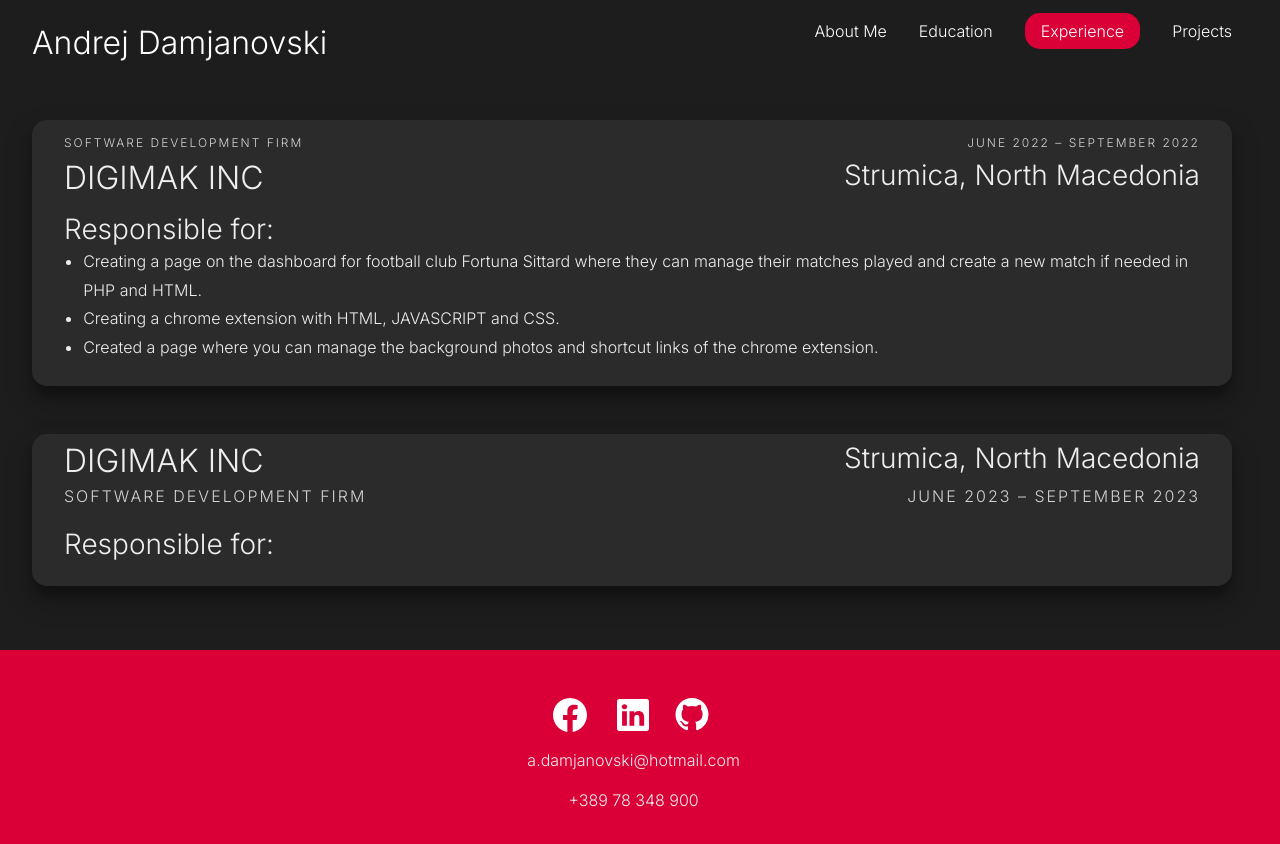
Repository: ADamjanovski/portfolio
Page: experience.html
These files come from the project's save history. The page is drawn as it stood at one moment and after the next save; the edit follows.
The browser window is 1280 px wide. The pictures show the whole page.

Above is the page before, as saved 2023-07-03 11:54:48.

After the next save:
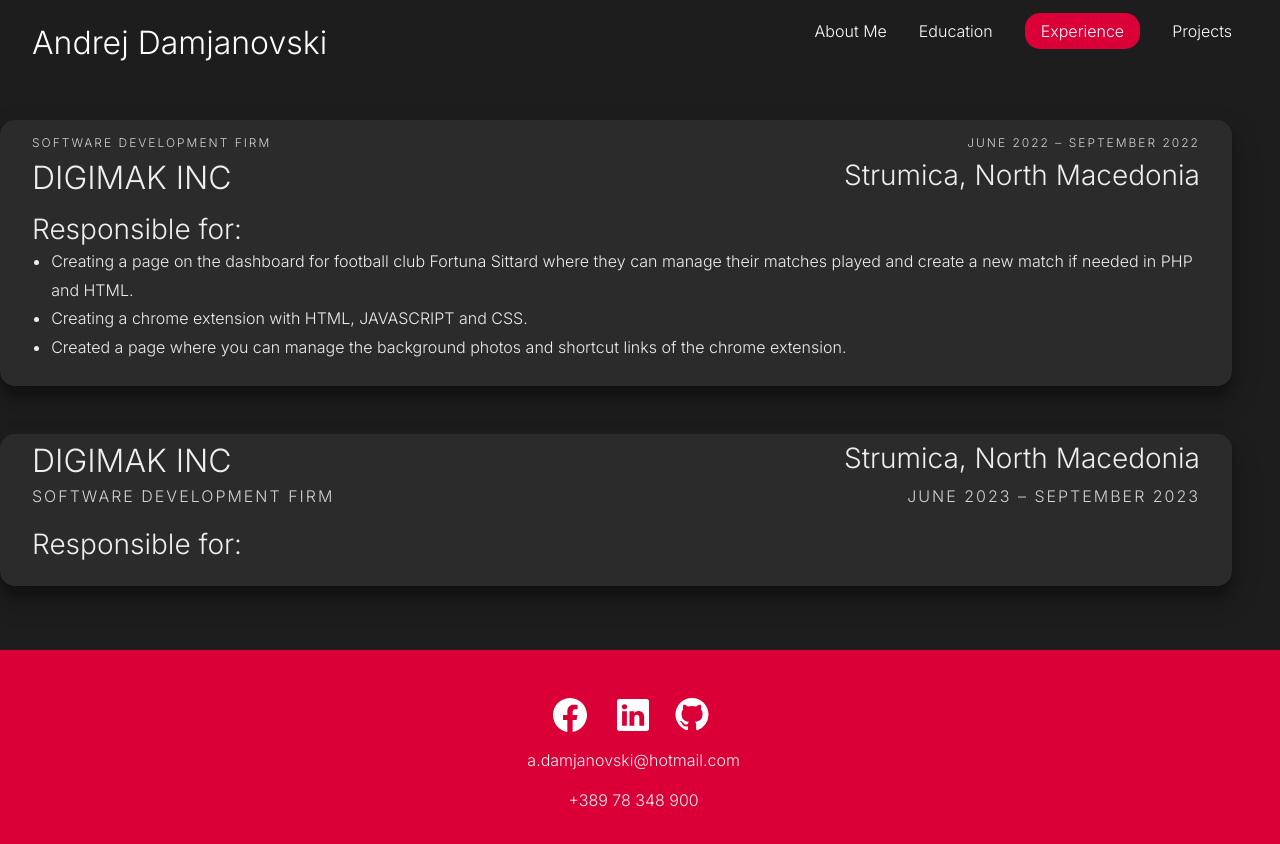
Saved 42 s later.
--- a/style.css
+++ b/style.css
@@ -106,7 +106,7 @@
 }
 
 .job-description{
-    margin:3rem 3rem 3rem 2rem;
+    margin:3rem 3rem 3rem 0rem;
     background-color: #2b2b2b;
     padding:.5rem 2rem 1.5rem 2rem;
     border-radius: 15px;

After the save that followed:
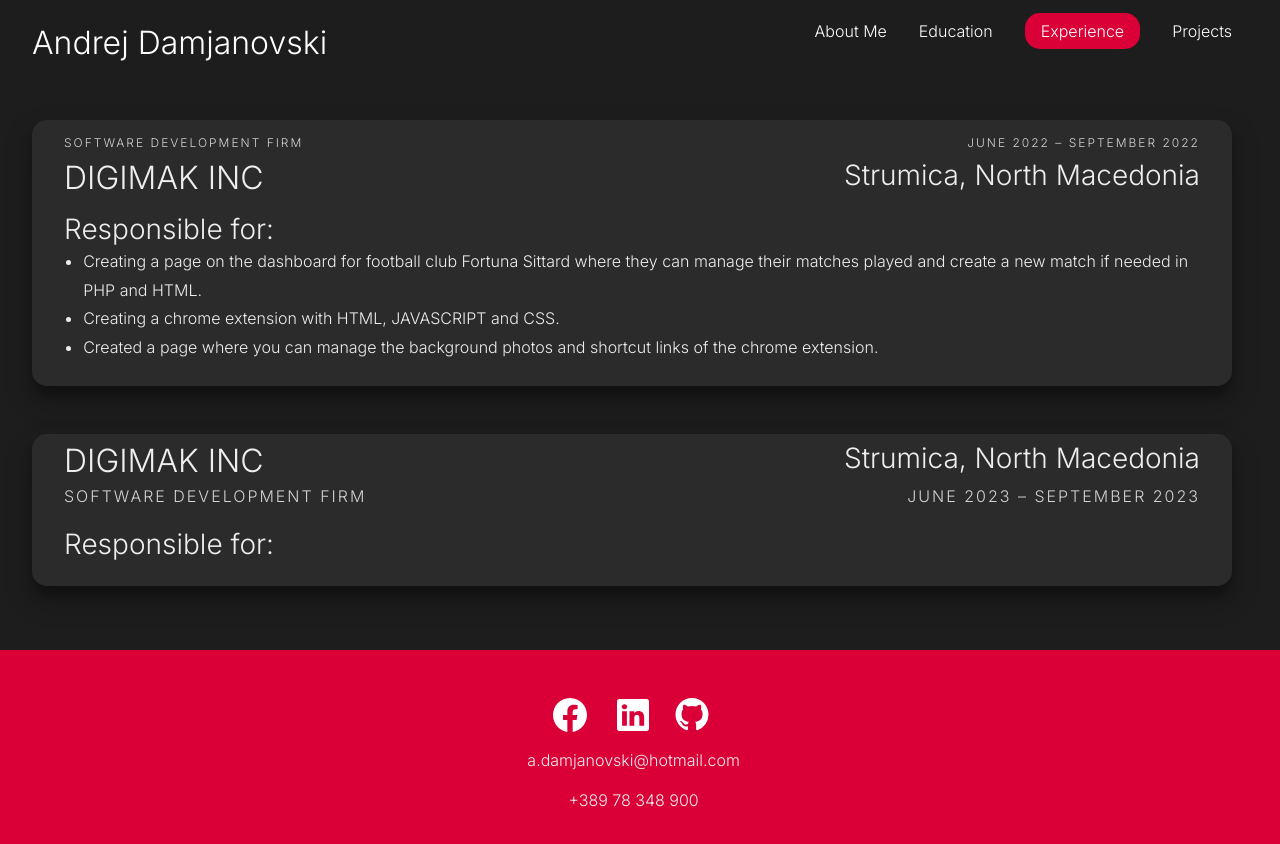
Saved 8 s later.
--- a/style.css
+++ b/style.css
@@ -106,7 +106,7 @@
 }
 
 .job-description{
-    margin:3rem 3rem 3rem 0rem;
+    margin:3rem 3rem 0rem 2rem;
     background-color: #2b2b2b;
     padding:.5rem 2rem 1.5rem 2rem;
     border-radius: 15px;
